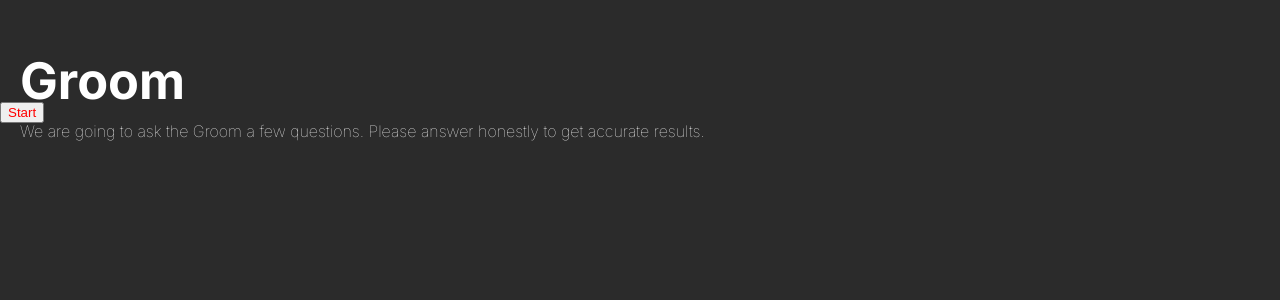
Repository: devhabeeblateef/tictactoe
Page: /
An editor plug-in stored every save of this project. The page is shown before and after a run of saves, followed by the edit.
The browser window is 1280 px wide. The pictures show the whole page.
The project was rebuilt for these pictures with package versions that can differ from the ones it lists, and the page was loaded fresh each time. Also part of the build but not shown: src/App.css.

Above is the page before, as saved 2022-06-17 01:07:11.

### src/App.js
import logo from './logo.svg';
import './App.css';
import Form from './Form';

function App() {
  return (
    <div>
      <Form/>
    </div>
  );
}

export default App;

### src/Form.js
import React from 'react'
import classes from './Home.module.css'

function Form() {
  return (
    <div>
        <h1 className={classes.home__header}>
            Groom
        </h1>
        <p className={classes.home__info}>
        We are going to ask the Groom a few questions.
        Please answer honestly to get accurate results.
        </p>

        <button className="btn btn-success">
            <span className={classes.start}>
            Start</span></button>
    </div>
  )
}

export default Form

### src/Home.module.css
@import url('https://fonts.googleapis.com/css2?family=Inter:wght@100;200;300;400;500;600;700;800;900&display=swap');

body
{
    background-color: #2b2b2b;
    color: #fff;
}

.home__header
{
    margin:50px 20px;
    font-size: 5ch;
    font-family: 'Inter', sans-serif;
    font-weight: bold;
}

.home__info
{
    font-family: 'Inter', sans-serif;
    font-weight: 100;
    margin: -40px 20px;
}

img
{
    width: 350px;
}

.button
{
    margin: 50px 20px;
}


.button__one
{
    background-color: #23A6FD;
    border-radius: 60px;
    border: none;
    padding:8px 30px;
    color: white;
    margin-right: 10px;
    font-family: 'Montserrat', sans-serif;
    cursor: pointer;
}

.button__two
{
    margin-left: 10px;
    background-color: transparent;
    border-radius: 60px;
    padding: 8px 30px;
    border: 2px solid #fff;
    color: white;
    font-family: 'Montserrat', sans-serif;
    cursor: pointer;
}

@media (max-width:400px){
.button__two
{
    margin: 20px 0;
    border-radius: 60px;

}
}

a
{
    color: #fff;
    text-decoration: none;
}

a:hover
{
    color: white;
}

.start
{
    margin-top: 500px;
    color: red;
}

Loaded but not shown: src/index.js (common file); src/index.css (common file); src/reportWebVitals.js (common file)

After the next 2 saves:
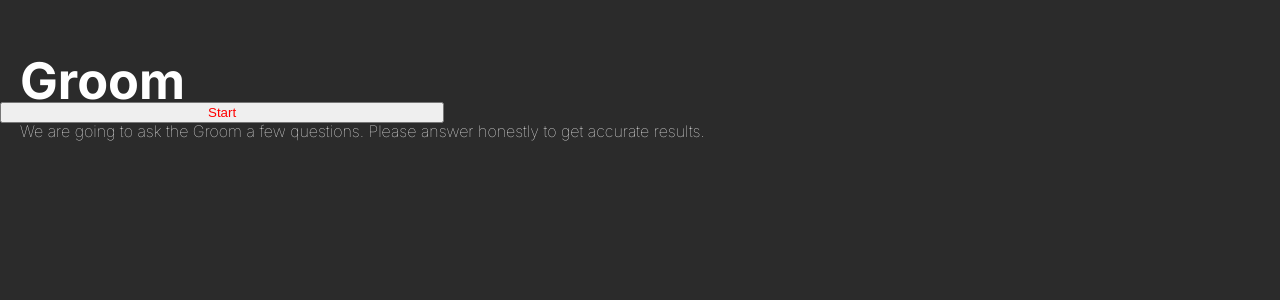
The 2 saves are shown as one change because they came seconds apart.
The last was saved 7 s later.
--- a/src/Home.module.css
+++ b/src/Home.module.css
@@ -80,4 +80,5 @@
 {
     margin-top: 500px;
     color: red;
+    padding: 200px;
 }

After the 4 saves that followed:
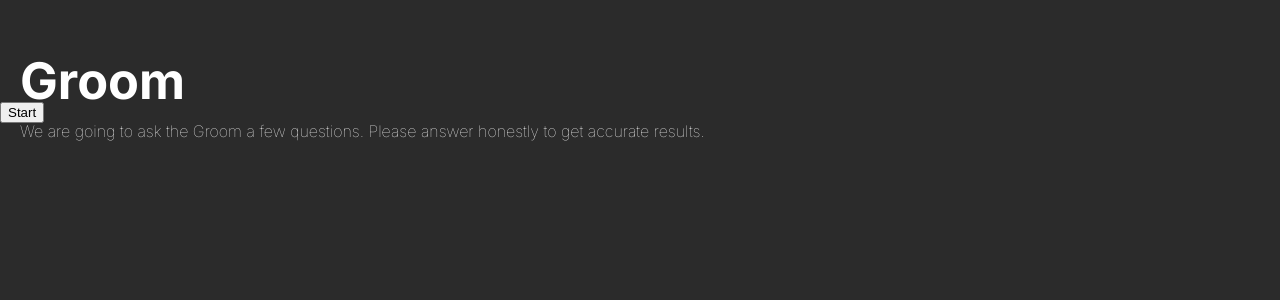
The 4 saves are shown as one change because they came seconds apart.
The last was saved 15 s later.
--- a/src/Home.module.css
+++ b/src/Home.module.css
@@ -78,7 +78,5 @@
 
 .start
 {
-    margin-top: 500px;
-    color: red;
-    padding: 200px;
+    margin-top: 200%;
 }
